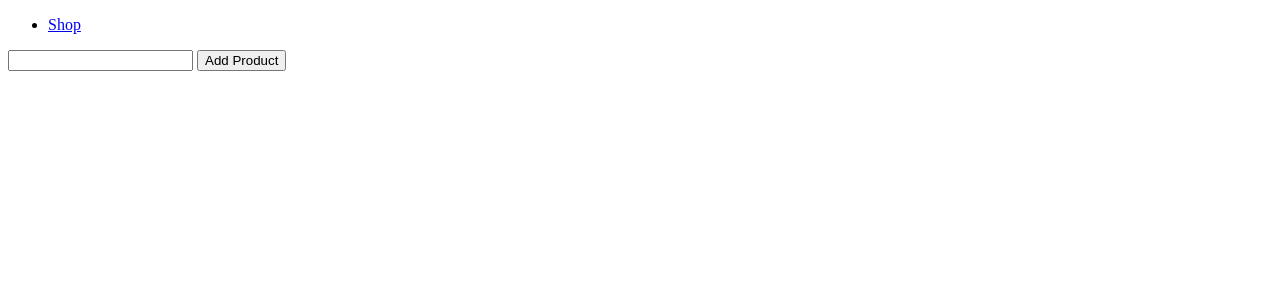
Repository: XavierJordaMurria/shop-assistance
Page: views/add-product.html
These files come from the project's save history. The page is drawn as it stood at one moment and after a run of saves; the edit follows.
The browser window is 1280 px wide. The pictures show the whole page.

Above is the page before, as saved 2021-01-14 08:03:59.

### views/add-product.html
<!DOCTYPE html>
<html lang="en">
<head>
    <meta charset="UTF-8">
    <meta name="viewport" content="width=device-width, initial-scale=1.0">
    <title>Add Product</title>
</head>
<body>
    <header>
        <nav>
            <ul>
                <li>
                    <a href="/shop">Shop</a>
                </li>
            </ul>
        </nav>
    </header>
    <form action="/admin/add-product", method="POST">
        <input type="text" name="title">
        <button type="submit">Add Product</button>
        </form>
</body>
</html>

After the next 3 saves:
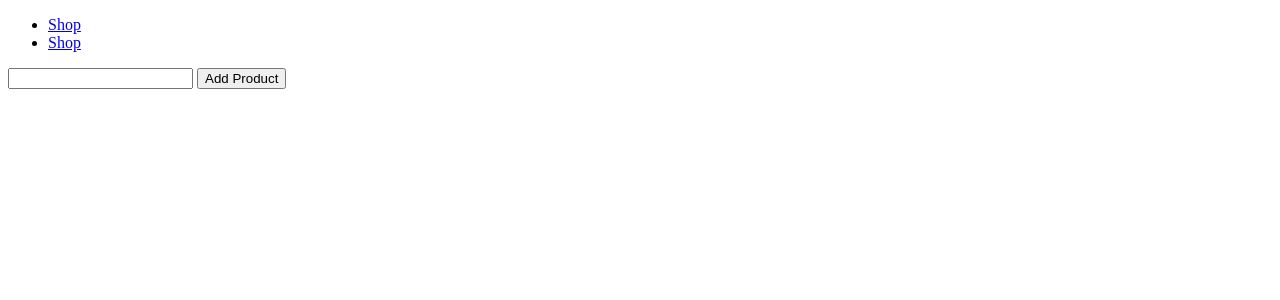
The 3 saves are shown as one change because they came seconds apart.
The last was saved 11 s later.
--- a/views/add-product.html
+++ b/views/add-product.html
@@ -9,9 +9,8 @@
     <header>
         <nav>
             <ul>
-                <li>
-                    <a href="/shop">Shop</a>
-                </li>
+                <li><a href="/shop">Shop</a></li>
+                <li><a href="/shop">Shop</a></li>
             </ul>
         </nav>
     </header>
